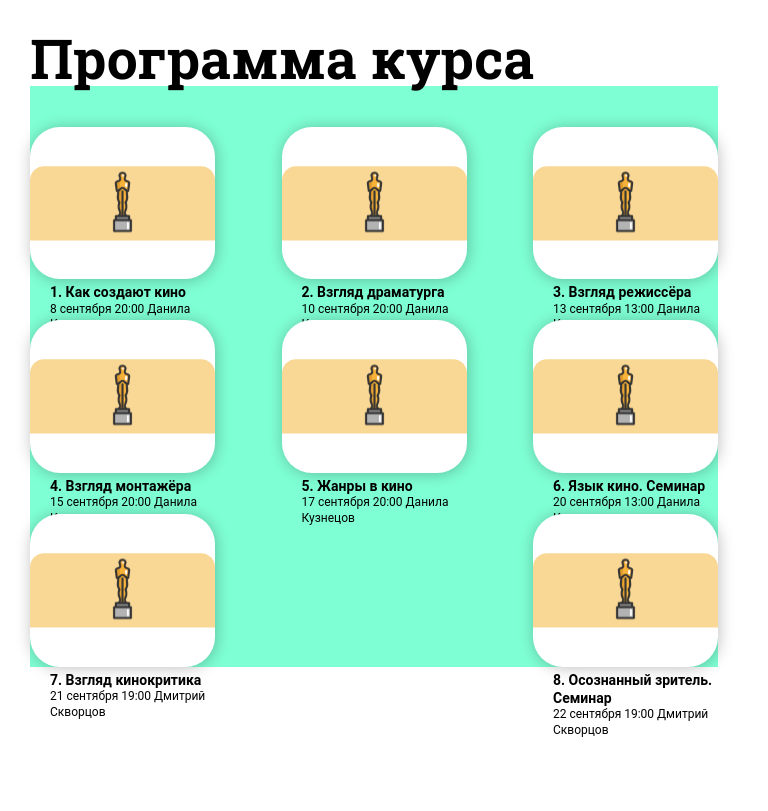
Repository: MehdiKerimov/Figma-task-18
Page: pages/homePage/index.html
An editor plug-in stored every save of this project. The page is shown before and after the next save, followed by the edit.
The browser window is 768 px wide. The pictures show the whole page.
The style sheet was rebuilt from its Sass, Less or Tailwind sources for each picture, by a compiler version that may differ from the author's.

Above is the page before, as saved 2023-11-28 10:36:24.

After the next save:
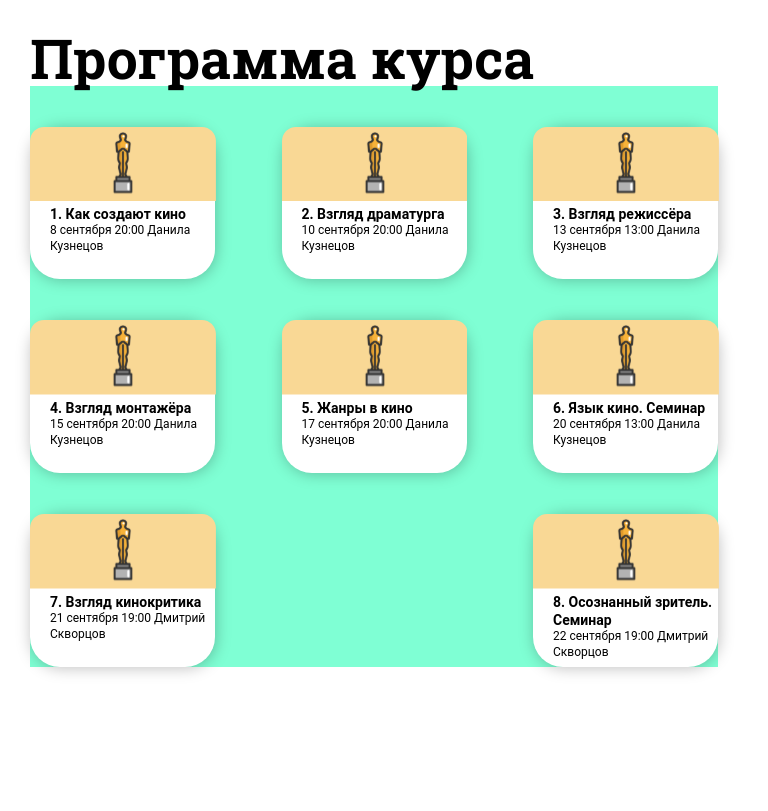
Saved 13 s later.
--- a/pages/homePage/index.scss
+++ b/pages/homePage/index.scss
@@ -39,8 +39,8 @@
                 width: 399px;
                 height: 160px;
                 @media screen and (max-width:768px) {
-                    width: 185px;
-                    height: 152.839px;
+                    width: 185.923px;
+                    height: 74.556px;
                      }
             }
 
